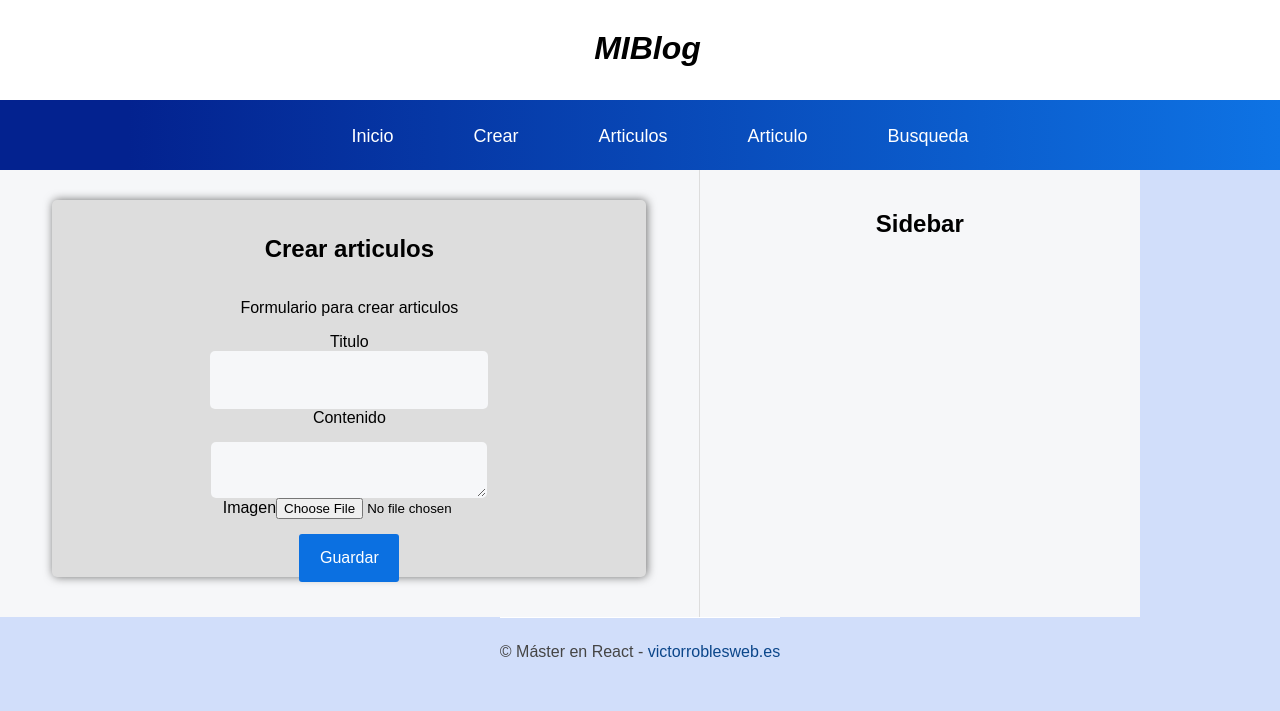
Repository: DamianBermudez94/frondEnd-blog
Page: /crear
These files come from the project's save history. The page is drawn as it stood at one moment and after the next save; the edit follows.
The browser window is 1280 px wide. The pictures show the whole page.
The project was rebuilt for these pictures with package versions that can differ from the ones it lists, and the page was loaded fresh each time. Also part of the build but not shown: vite.config.js, src/components/pages/Inicio.jsx, src/components/pages/Busqueda.jsx, src/helper/Global.jsx, src/helper/Peticion.jsx, src/components/pages/Listado.jsx, src/components/pages/Articulos.jsx, src/components/pages/Articulo.jsx.

Above is the page before, as saved 2023-08-14 19:26:48.

### index.html
<!doctype html>
<html lang="es">
  <head>
    <meta charset="UTF-8" />
    <link rel="icon" type="image/svg+xml" href="/vite.svg" />
    <meta name="viewport" content="width=device-width, initial-scale=1.0" />
    <title>Proyecto-blog</title>
  </head>
  <body>
    <div id="root"></div>
    <script type="module" src="/src/main.jsx"></script>
  </body>
</html>

### src/main.jsx

import ReactDOM from 'react-dom/client'
import App from './App.jsx'
import './index.css'

ReactDOM.createRoot(document.getElementById('root')).render(

    <App />

)

### src/App.jsx
import { Rutas } from "./router/rutas"



function App() {


  return (
    <div className="layout">
      <Rutas></Rutas>
    </div>
  )
}

export default App

### src/index.css
/*:root {
  font-family: Inter, system-ui, Avenir, Helvetica, Arial, sans-serif;
  line-height: 1.5;
  font-weight: 400;

  color-scheme: light dark;
  color: rgba(255, 255, 255, 0.87);
  background-color: #242424;

  font-synthesis: none;
  text-rendering: optimizeLegibility;
  -webkit-font-smoothing: antialiased;
  -moz-osx-font-smoothing: grayscale;
  -webkit-text-size-adjust: 100%;
}

a {
  font-weight: 500;
  color: #646cff;
  text-decoration: inherit;
}
a:hover {
  color: #535bf2;
}

body {
  margin: 0;
  display: flex;
  place-items: center;
  min-width: 320px;
  min-height: 100vh;
}

h1 {
  font-size: 3.2em;
  line-height: 1.1;
}

button {
  border-radius: 8px;
  border: 1px solid transparent;
  padding: 0.6em 1.2em;
  font-size: 1em;
  font-weight: 500;
  font-family: inherit;
  background-color: #1a1a1a;
  cursor: pointer;
  transition: border-color 0.25s;
}
button:hover {
  border-color: #000bdb;
}
button:focus,
button:focus-visible {
  outline: 4px auto -webkit-focus-ring-color;
}

@media (prefers-color-scheme: light) {
  :root {
    color: #213547;
    background-color: #ffffff;
  }
  a:hover {
    color: #000dff;
  }
  button {
    background-color: #f9f9f9;
  }
}*/


/*ESTILOS GENERALES*/

body{
  background: #d1defa;
  font-family: sans-serif, Arial, Helvetica;
  text-align: center;
  padding: 0px;
  margin: 0px;
  box-sizing: border-box;

}

.layout{
  display: grid;
  grid-template-areas:
      "header header header header"
      "nav nav nav nav"
      "content content content lateral"
      "footer footer footer footer"
  ;
  grid-template-rows: 100px 70px auto 70px;
}

/*ESTILOS CABECERA*/

.header{
  grid-area: header;
  width: 100%;
  background: white;
  text-align: left;
  font-style: italic;

  display: flex;
  justify-content: center;
}



.header h1{
  margin-left: 15px;
  margin-top: 30px;
}

/*ESTILOS DE LA BARRA DE NAVEGACIÓN*/

.nav{
  grid-area: nav;
  background: linear-gradient(90deg, #03228f 10%, #0e73e4 100%);
}

.nav > ul {
  display: flex;
  justify-content: center;
  align-items: center;
  list-style: none;
}

.nav li{
  padding: 10px;
}

.nav a {
  display: block;
  margin-left: 30px;
  margin-right: 30px;
  font-size: 18px;
  font-weight: lighter;
  color: white;
  text-decoration: none;
  transition: all 300ms;
}

.nav a:hover{
  transform: scale(1.1, 1.1);
}

/*ESTILOS PARA EL CONTENIDO PRINCIPAL*/

.content{

  grid-area: content;
  background: #f6f7f9;
  display: flex;
  flex-flow: wrap;
  justify-content: flex-start;
  align-items: initial;
  flex-grow: 1;
}
.jumbo{
  width: 85%;
  height: 80%;
  padding-top: 20px;
  display: flex;
  background-color: #ddd;
  justify-content: center;
  align-items: center;
  flex-direction: column;
  border-radius: 5px;
  box-shadow: 1px 0px 10px 0px #6e6e6e;
  margin: 30px auto;
}
.articulo-item{
  flex-grow: 1;
  background: white;
  border-radius: 10px;
  box-shadow: 0px 0px 6px #ddd;
  margin: 20px;
  padding-top: 60px;
  padding-bottom: 60px;
  padding-left: 25px;
  padding-right: 25px;
  display: flex;
  justify-content: center;
  align-items: center;
  max-height: 225px;
}
.articulo-img img{
  width: 500px;
  overflow: hidden;
}
.articulo-item .edit{
  margin-right: 7px;
}
.articulo-datos{
  text-align: left;
}
.title-articulo{
  font-size: 25px;

}
.button,
button,
input[type="submit"],
input[type="button"]{
  width: 100px;
  background: #0b70e1;
  color: white;
  border: 0;
  outline: 0;
  padding:15px;
  border-radius: 3px;
  margin-top:15px;
  text-transform: capitalize;
  font-size: 16px;
  font-weight: 500;
  cursor: pointer;
  transition: all 300ms;
}
.articulo-borrar{
  margin-right: 20px;
}
.articulo-item .articulo-borrar:hover{

  background: #9b0202;
}

.articulo-item .articulo-editar:hover{
  background: #e77b00;
}

/*ESTILOS BARRA LATERAL*/

.lateral{
  width: 400px;
  grid-area: lateral;
  background: #f6f7f9;
  border-left: 1px solid #ddd;
  padding: 20px;
}

.lateral > div{
  box-sizing: border-box;
  width: 90%;
  margin: 20px;
  padding: 20px;
  padding-top: 10px;
  background: white;
  border-radius: 10px;
  box-shadow: 0px 0px 6px #ddd;
}

input[type="text"],
input[type="text"],
textarea,
input[type="text"],
input[type="text"],
textarea
{
  display: block;
  margin: 0 auto;
  margin-top: 15px;
  padding: 12px;
  border-radius: 5px;
  background: #f6f7f9;
  color: #454545;
  width: 80%;
  max-width: 250px;
  min-width: 250px;
  min-height: 30px;
  max-height: 250px;
  opacity: 4;
  outline: 0;
  border-color: transparent;
}
.no-encontrado{
  color: #9b0202;
}
.edit_form{
  border-top: 1px solid #ddd;
  margin-top: 10px;
}
.formulario{
 margin-top: 0;
}
.grup-form label,
.grup-form input{
  margin: 0 auto;
  margin-top: 0;
  max-width: 200px;
}
/*ESTILOS PARA EL PIE DE PÁGINA*/
.footer{
  max-height: 300px;
  grid-area: footer;
  margin: 0 auto;
  background-color: #d1defa;
  color: #454545;
  border-top: 1px solid white;

  line-height: 68px;

}

.footer a{
  color: #0b468a;
  text-decoration: none;
}

@media (max-width: 1085px){
  .content {
      flex-flow: column wrap;
      justify-content: center;
      align-items: center;
  }

  .articulo-item{
      width: 80%;
  }
}

### src/router/rutas.jsx

import { BrowserRouter, Routes, Route } from "react-router-dom";
import { Inicio } from "../components/pages/Inicio";
import { Busqueda } from "../components/pages/Busqueda";
import { Crear } from "../components/pages/Crear";
import Articulos from "../components/pages/Articulos";
import { Articulo } from "../components/pages/Articulo";
import { Header } from "../components/layout/Header";
import { Nav } from "../components/layout/Nav";
import { Footer } from "../components/layout/Footer";
import { Sidebar } from "../components/layout/Sidebar";


export const Rutas = ()=>{

    return(

        <BrowserRouter>
            {/*Layout*/}
            <Header></Header>
            <Nav></Nav>
            {/*Contenido principal y rutas*/}
            <section id="content" className="content">
                <Routes>
                    <Route path="/" element={<Inicio/>}/>
                    <Route path="/inicio" element={<Inicio/>}/>
                    <Route path="/busqueda" element={<Busqueda/>}/>
                    <Route path="/crear" element={<Crear/>}/>
                    <Route path="/articulos" element={<Articulos/>}/>
                    <Route path="/articulo" element={<Articulo/>}/>
                </Routes>
            </section>
            <Sidebar/>
            <Footer></Footer>
        </BrowserRouter>

    )

}

### src/components/pages/Crear.jsx


export const Crear = () => {
  return (
    <div className="jumbo">
      <h1>Crear articulos</h1>
      <p>Formulario para crear articulos</p>
      <form className="formulario">
        <div className="grup-form">
          <label htmlFor="titulo">Titulo</label>
          <input type="text" name="titulo"/>
        </div>
        <div className="grup-form">
          <label htmlFor="contenido">Contenido</label>
          <textarea type="textarea" name="contenido"/>
        </div>
        <div className="grup-form">
          <label htmlFor="file0">Imagen</label>
          <input type="file" name="file0" id="file"/>
        </div>
        <input type="submit" value="Guardar" className="btn btn-succes" />
      </form>
    </div>
  );
};

### src/components/layout/Header.jsx
import React from 'react'

export const Header = () => {
  return (

         <header className="header">
            <h1>MIBlog</h1>
        </header>

  )
}

### src/components/layout/Nav.jsx
import React from 'react'
import { NavLink } from 'react-router-dom'

export const Nav = () => {
  return (

           <nav className="nav">
            <ul>
                <li><NavLink to="/#">Inicio</NavLink></li>
                <li><NavLink to="/crear">Crear</NavLink></li>
                <li><NavLink to="/articulos">Articulos</NavLink></li>
                <li><NavLink to="/articulo">Articulo</NavLink></li>
                <li><NavLink to="/busqueda">Busqueda</NavLink></li>

            </ul>
        </nav>

  )
}

### src/components/layout/Footer.jsx
import React from 'react'

export const Footer = () => {
  return (

         <footer className="footer">
            &copy; Máster en React - <a href="https://victorroblesweb.es">victorroblesweb.es</a>
        </footer>

  )
}

### src/components/layout/Sidebar.jsx
import React from 'react'

export const Sidebar = () => {
  return (
        <aside className="lateral">

            <h1>Sidebar</h1>

        </aside>

  )
}

After the next save:
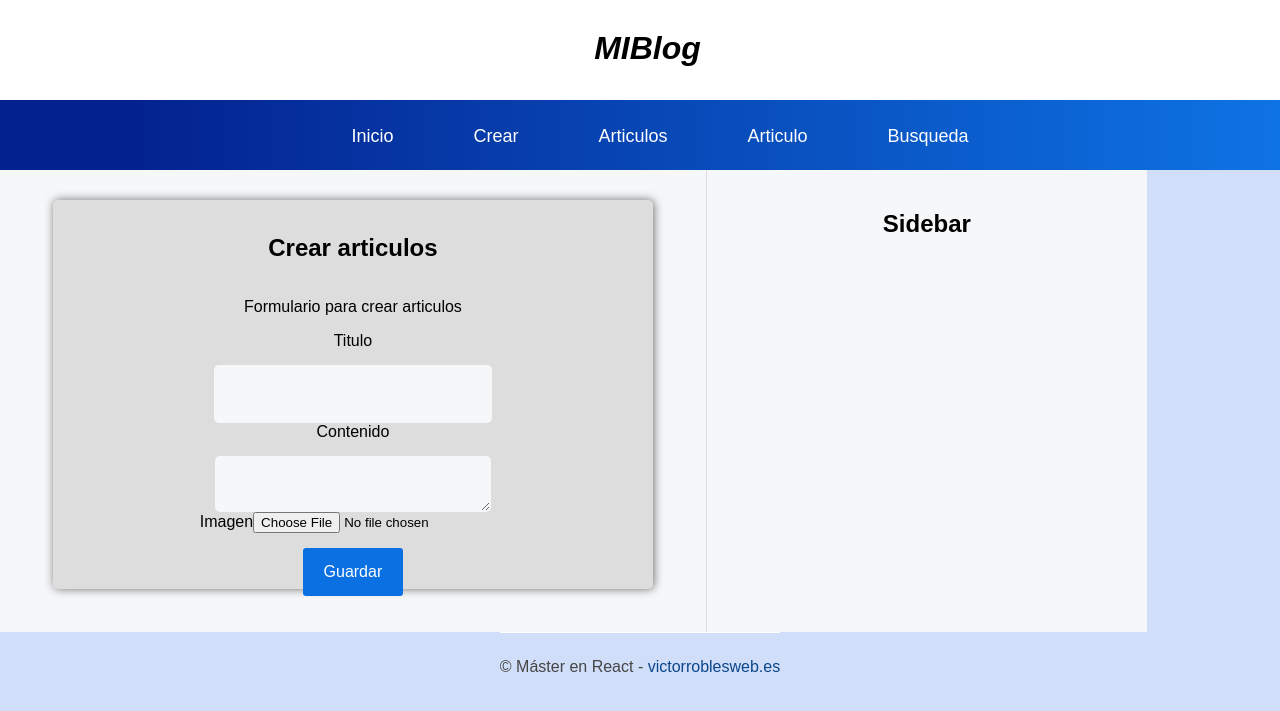
Saved 37 s later.
--- a/src/index.css
+++ b/src/index.css
@@ -283,11 +283,11 @@ textarea
 .formulario{
  margin-top: 0;
 }
-.grup-form label,
-.grup-form input{
+.grup-form label{
   margin: 0 auto;
   margin-top: 0;
   max-width: 200px;
+  text-align: left;
 }
 /*ESTILOS PARA EL PIE DE PÁGINA*/
 .footer{
